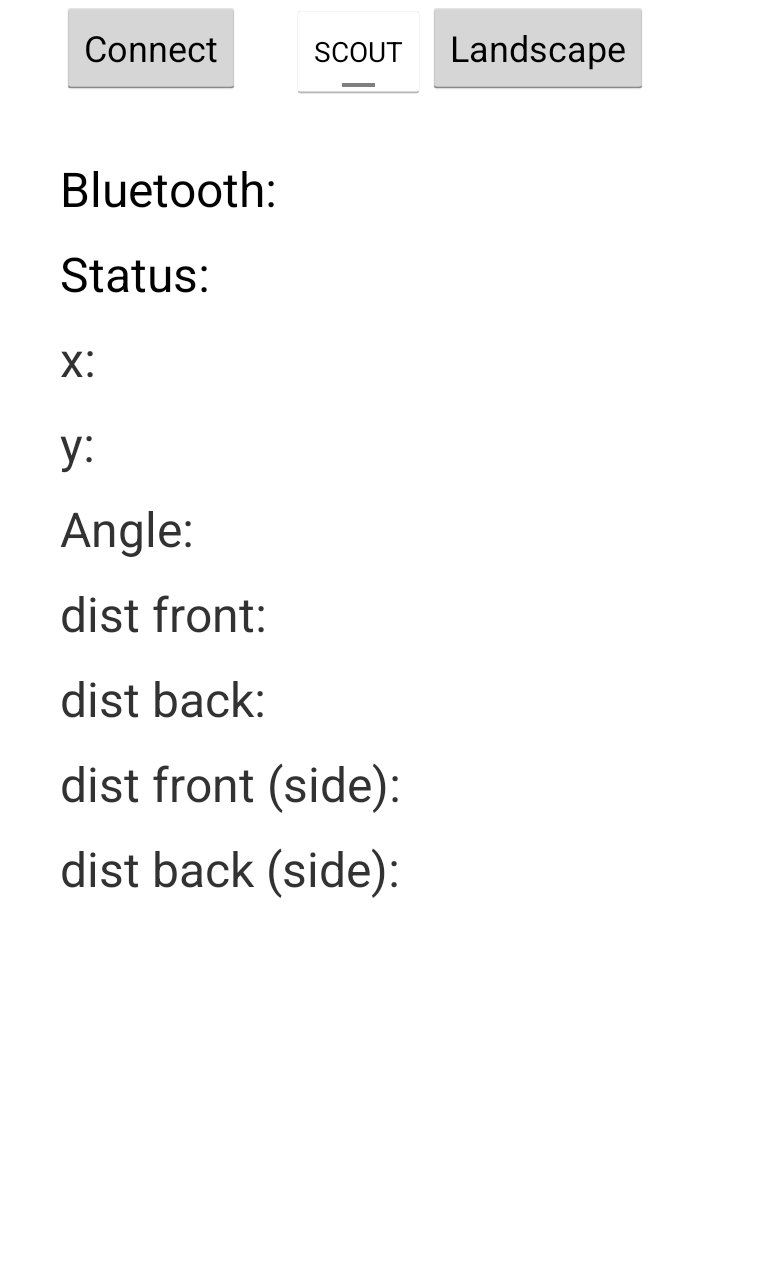
Repository: VietPhamTuyen/HSAMR_HMI_Viet
Layout: NXT/NXT Fernsteuerung/res/layout/activity_main.xml
The author's editor kept a copy of each file at every save. The layout is drawn from the files as they stood at one save, then again after the next save.
It is drawn on a 768 x 1280 px phone screen (xhdpi) without system bars, with theme AppTheme; the app's code is not run.

Above is the layout before, as saved 2014-11-14 20:40:43.

### NXT/NXT Fernsteuerung/res/layout/activity_main.xml
<RelativeLayout xmlns:android="http://schemas.android.com/apk/res/android"
    xmlns:tools="http://schemas.android.com/tools"
    android:id="@+id/RelativeLayout1"
    android:layout_width="match_parent"
    android:layout_height="match_parent"
    android:orientation="vertical" >

    <Button
        android:id="@+id/buttonSetupBluetooth"
        android:layout_width="wrap_content"
        android:layout_height="wrap_content"
        android:layout_alignParentLeft="true"
        android:layout_alignParentRight="false"
        android:layout_alignParentTop="true"
        android:layout_marginBottom="30dp"
        android:layout_marginLeft="30dp"
        android:text="@string/setupBluetooth" />

    <TextView
        android:id="@+id/textViewLabelBluetooth"
        android:layout_width="wrap_content"
        android:layout_height="wrap_content"
        android:layout_alignParentLeft="true"
        android:layout_below="@+id/buttonSetupBluetooth"
        android:layout_toLeftOf="@+id/textViewValueBluetooth"
        android:paddingLeft="30dp"
        android:text="@string/bluetooth_label"
        android:textAppearance="?android:attr/textAppearanceLarge"
        android:textSize="24dp" />

    <TextView
        android:id="@+id/textViewValueBluetooth"
        android:layout_width="wrap_content"
        android:layout_height="wrap_content"
        android:layout_alignBaseline="@+id/textViewLabelBluetooth"
        android:layout_alignParentRight="true"
        android:layout_alignParentTop="true"
        android:gravity="right"
        android:paddingRight="30dp"
        android:textAppearance="?android:attr/textAppearanceLarge"
        android:textSize="24dp" />

    <TextView
        android:id="@+id/textViewValueLabel"
        android:layout_width="wrap_content"
        android:layout_height="wrap_content"
        android:layout_alignParentLeft="true"
        android:layout_below="@+id/textViewLabelBluetooth"
        android:layout_marginTop="10dp"
        android:layout_toLeftOf="@+id/textViewValueStatus"
        android:paddingLeft="30dp"
        android:text="@string/textview_status"
        android:textAppearance="?android:attr/textAppearanceLarge"
        android:textSize="24dp" />

    <TextView
        android:id="@+id/textViewValueStatus"
        android:layout_width="wrap_content"
        android:layout_height="wrap_content"
        android:layout_alignBaseline="@+id/textViewValueLabel"
        android:layout_alignParentRight="true"
        android:layout_alignTop="@+id/textViewValueLabel"
        android:gravity="right"
        android:paddingRight="30dp"
        android:textAppearance="?android:attr/textAppearanceLarge"
        android:textSize="24dp" />

    <TextView
        android:id="@+id/textViewLabelX"
        android:layout_width="wrap_content"
        android:layout_height="wrap_content"
        android:layout_alignParentLeft="true"
        android:layout_below="@+id/textViewValueLabel"
        android:layout_marginTop="10dp"
        android:layout_toLeftOf="@+id/textViewValueX"
        android:paddingLeft="30dp"
        android:text="@string/x_Value"
        android:textSize="24dp" />

    <TextView
        android:id="@+id/textViewValueX"
        android:layout_width="wrap_content"
        android:layout_height="34dp"
        android:layout_alignBaseline="@+id/textViewLabelX"
        android:layout_alignParentRight="true"
        android:layout_alignTop="@+id/textViewLabelX"
        android:gravity="right"
        android:paddingRight="30dp"
        android:textSize="24dp" >
    </TextView>

    <TextView
        android:id="@+id/textViewLabelY"
        android:layout_width="wrap_content"
        android:layout_height="wrap_content"
        android:layout_alignParentLeft="true"
        android:layout_below="@+id/textViewLabelX"
        android:layout_marginTop="10dp"
        android:layout_toLeftOf="@+id/textViewValueY"
        android:paddingLeft="30dp"
        android:text="@string/y_Value"
        android:textAppearance="?android:attr/textAppearanceSmall"
        android:textSize="24dp" />

    <TextView
        android:id="@+id/textViewValueY"
        android:layout_width="wrap_content"
        android:layout_height="wrap_content"
        android:layout_alignBaseline="@+id/textViewLabelY"
        android:layout_alignParentRight="true"
        android:layout_alignTop="@+id/textViewLabelY"
        android:gravity="right"
        android:paddingRight="30dp"
        android:textSize="24dp" >
    </TextView>

    <TextView
        android:id="@+id/TextViewLableAngle"
        android:layout_width="wrap_content"
        android:layout_height="wrap_content"
        android:layout_alignParentLeft="true"
        android:layout_below="@+id/textViewLabelY"
        android:layout_marginTop="10dp"
        android:layout_toLeftOf="@+id/TextViewValueAngle"
        android:paddingLeft="30dp"
        android:text="@string/angle_Value"
        android:textAppearance="?android:attr/textAppearanceSmall"
        android:textSize="24dp" />

    <TextView
        android:id="@+id/TextViewValueAngle"
        android:layout_width="wrap_content"
        android:layout_height="wrap_content"
        android:layout_alignBaseline="@+id/TextViewLableAngle"
        android:layout_alignParentRight="true"
        android:layout_alignTop="@+id/TextViewLableAngle"
        android:gravity="right"
        android:paddingRight="30dp"
        android:textSize="24dp" />

    <TextView
        android:id="@+id/textViewLabelDistanceFront"
        android:layout_width="wrap_content"
        android:layout_height="wrap_content"
        android:layout_alignParentLeft="true"
        android:layout_below="@+id/TextViewLableAngle"
        android:layout_marginTop="10dp"
        android:layout_toLeftOf="@+id/textViewValueDistanceFront"
        android:paddingLeft="30dp"
        android:text="@string/distance_front_value"
        android:textSize="24dp" />

    <TextView
        android:id="@+id/textViewValueDistanceFront"
        android:layout_width="wrap_content"
        android:layout_height="wrap_content"
        android:layout_alignBaseline="@+id/textViewLabelDistanceFront"
        android:layout_alignParentRight="true"
        android:layout_alignTop="@+id/textViewLabelDistanceFront"
        android:gravity="right"
        android:paddingRight="30dp"
        android:textSize="24dp" />

    <TextView
        android:id="@+id/textViewLabelDistanceBack"
        android:layout_width="wrap_content"
        android:layout_height="wrap_content"
        android:layout_alignParentLeft="true"
        android:layout_below="@+id/textViewLabelDistanceFront"
        android:layout_marginTop="10dp"
        android:layout_toLeftOf="@+id/textViewValueDistanceBack"
        android:paddingLeft="30dp"
        android:text="@string/distance_back_value"
        android:textSize="24dp" />

    <TextView
        android:id="@+id/textViewValueDistanceBack"
        android:layout_width="wrap_content"
        android:layout_height="wrap_content"
        android:layout_alignBaseline="@+id/textViewLabelDistanceBack"
        android:layout_alignParentRight="true"
        android:layout_alignTop="@+id/textViewLabelDistanceBack"
        android:gravity="right"
        android:paddingRight="30dp"
        android:textSize="24dp" />

    <TextView
        android:id="@+id/textViewLabelDistanceFrontSide"
        android:layout_width="wrap_content"
        android:layout_height="wrap_content"
        android:layout_alignParentLeft="true"
        android:layout_below="@+id/textViewLabelDistanceBack"
        android:layout_marginTop="10dp"
        android:layout_toLeftOf="@+id/textViewValueDistanceFrontSide"
        android:paddingLeft="30dp"
        android:text="@string/distance_front_side_value"
        android:textSize="24dp" />

    <TextView
        android:id="@+id/textViewValueDistanceFrontSide"
        android:layout_width="wrap_content"
        android:layout_height="wrap_content"
        android:layout_alignBaseline="@+id/textViewLabelDistanceFrontSide"
        android:layout_alignParentRight="true"
        android:layout_alignTop="@+id/textViewLabelDistanceFrontSide"
        android:gravity="right"
        android:paddingRight="30dp"
        android:textSize="24dp" />

    <TextView
        android:id="@+id/textViewLabelDistanceBackSide"
        android:layout_width="wrap_content"
        android:layout_height="wrap_content"
        android:layout_alignParentLeft="true"
        android:layout_below="@+id/textViewLabelDistanceFrontSide"
        android:layout_marginTop="10dp"
        android:layout_toLeftOf="@+id/textViewValueDistanceBackSide"
        android:paddingLeft="30dp"
        android:text="@string/distance_back_side_value"
        android:textSize="24dp" />

    <TextView
        android:id="@+id/textViewValueDistanceBackSide"
        android:layout_width="wrap_content"
        android:layout_height="wrap_content"
        android:layout_alignBaseline="@+id/textViewLabelDistanceBackSide"
        android:layout_alignParentRight="true"
        android:layout_alignTop="@+id/textViewLabelDistanceBackSide"
        android:gravity="right"
        android:paddingRight="30dp"
        android:textSize="24dp" />

    <ToggleButton
        android:id="@+id/toggleMode"
        android:layout_width="wrap_content"
        android:layout_height="wrap_content"
        android:layout_alignBaseline="@+id/buttonSetupBluetooth"
        android:layout_alignBottom="@+id/buttonSetupBluetooth"
        android:layout_marginLeft="24dp"
        android:layout_toRightOf="@+id/buttonSetupBluetooth"
        android:onClick="onToggleClicked"
        android:text="@string/togglebutton"
        android:textOff="SCOUT"
        android:textOn="SCOUT" />

    <Button
        android:id="@+id/landscapebutton"
        android:layout_width="wrap_content"
        android:layout_height="wrap_content"
        android:layout_alignParentTop="true"
        android:layout_alignRight="@+id/textViewLabelBluetooth"
        android:layout_marginRight="29dp"
        android:text="@string/landscapeButton"
        android:onClick="LandscapeButton" />

</RelativeLayout>

### NXT/NXT Fernsteuerung/res/values/strings.xml
<resources>
    <string name="app_name">RCTestapp</string>
    <string name="menu_settings">Settings</string>
    <string name="title_activity_main">RCTestapp</string>
    <string name="title_activity_position_visualization">PositionVisualization</string>
    <string name="x_Value">x:</string>
    <string name="y_Value">y:</string>
    <string name="title_paired_devices">Paired devices</string>
	<string name="title_other_devices">Other devices</string>
	<string name="title_activity_bluetooth">Bluetooth</string>
	<string name="setupBluetooth">Connect</string>
	<string name="text_scan_bt_devices">Scan for devices</string>
	<string name="bt_adapter_available">Bluetooth adapter available</string>
	<string name="toggle_text_pause">SCOUT</string>
	<string name="toggle_text_scout">SCOUT</string>
	<string name="togglebutton">ToggleButton</string>
	<string name="textview_status">Status:</string>
	<string name="angle_Value">Angle:</string>
	<string name="distance_front_value">dist front:</string>
	<string name="distance_front_side_value">dist front (side):</string>
	<string name="distance_back_value">dist back:</string>
	<string name="distance_back_side_value">dist back (side):</string>
	<string name="bluetooth_label">Bluetooth:</string>
	<string name="disconnetButton">Disconnect</string>
	<string name="landscapeButton">Landscape</string>
	<string name="portraitButton">Portrait</string>
	<string name="bt_connect_hint">Please select a Robot from the list. Make sure it has been paired, is within bluetooth reach and has been set to connect mode.</string>
</resources>

Loaded but not shown: NXT/NXT Fernsteuerung/res/values-v11/styles.xml (common file); NXT/NXT Fernsteuerung/res/values-v14/styles.xml (common file); NXT/NXT Fernsteuerung/res/values/styles.xml (common file)

After the next save:
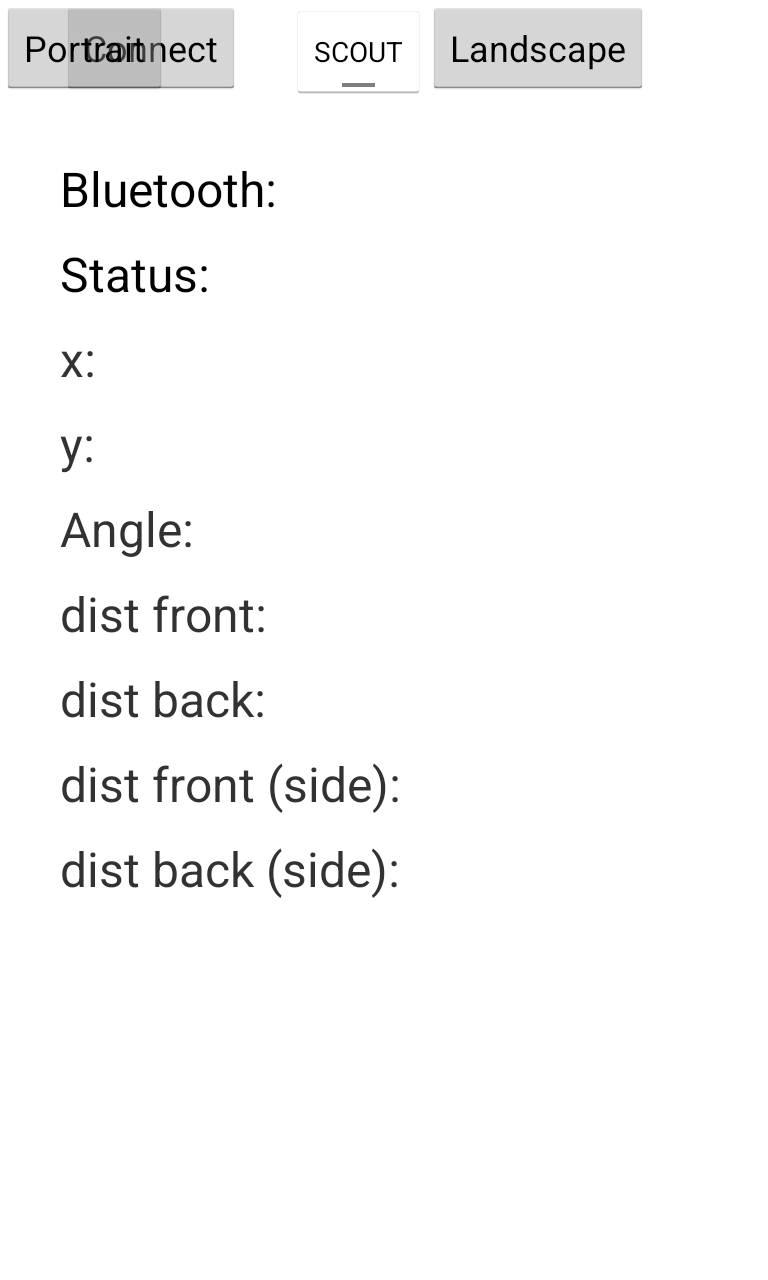
Saved 117 s later.
--- a/NXT/NXT Fernsteuerung/res/layout/activity_main.xml
+++ b/NXT/NXT Fernsteuerung/res/layout/activity_main.xml
@@ -253,4 +253,13 @@
         android:text="@string/landscapeButton"
         android:onClick="LandscapeButton" />
 
+    <Button
+        android:id="@+id/landscapebutton"
+        android:layout_width="wrap_content"
+        android:layout_height="wrap_content"
+        android:layout_alignRight="@+id/landscapebutton"
+        android:layout_below="@+id/landscapebutton"
+        android:text="@string/portraitButton"
+        android:onClick="LandscapeButton2" />/>
+
 </RelativeLayout>
